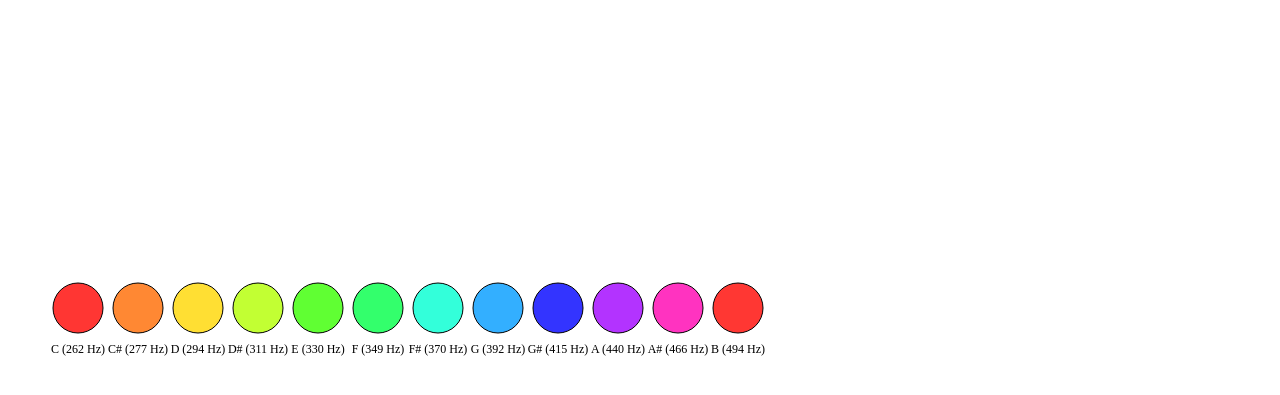
Repository: studiorichie/richielau.com
Page: assets/sound-to-color.html
These files come from the project's save history. The page is drawn as it stood at one moment and after the next save; the edit follows.
The browser window is 1280 px wide. The pictures show the whole page.

Above is the page before, as saved 2024-11-06 18:33:56.

### assets/sound-to-color.html
<!DOCTYPE html>
<html lang="en">

<head>
    <meta charset="UTF-8">
    <title>Sound-to-Color Mapping with MIDI</title>
    <script src="https://d3js.org/d3.v6.min.js"></script>
    <style>
        .key-circle {
            fill-opacity: 0.8;
            stroke: black;
            stroke-width: 1px;
            cursor: pointer;
        }

        .label {
            font-size: 12px;
            text-anchor: middle;
        }

        .midi-label {
            font-size: 14px;
            font-weight: bold;
            text-anchor: middle;
            fill: black;
            visibility: hidden;
        }
    </style>
</head>

<body>
    <svg width="800" height="600" id="chart"></svg>

    <script>
        const keys = [
            { note: "C", freq: 261.63, midi: 60 },
            { note: "C#", freq: 277.18, midi: 61 },
            { note: "D", freq: 293.66, midi: 62 },
            { note: "D#", freq: 311.13, midi: 63 },
            { note: "E", freq: 329.63, midi: 64 },
            { note: "F", freq: 349.23, midi: 65 },
            { note: "F#", freq: 369.99, midi: 66 },
            { note: "G", freq: 392.00, midi: 67 },
            { note: "G#", freq: 415.30, midi: 68 },
            { note: "A", freq: 440.00, midi: 69 },
            { note: "A#", freq: 466.16, midi: 70 },
            { note: "B", freq: 493.88, midi: 71 }
        ];


        function getColor(freq) {
            let hue = ((freq - 261) / (493 - 261)) * 360;
            return `hsl(${hue}, 100%, 50%)`;
        }
        const svg = d3.select("#chart");
        const width = svg.attr("width");
        const height = svg.attr("height");

        const circleRadius = 25; // Radius of each circle
        const padding = 10; // Space between circles

        // Calculate the total width for the row of circles (number of circles * diameter + spaces between)
        const totalRowWidth = (keys.length * (circleRadius * 2)) + ((keys.length - 1) * padding);


        const group = svg.append("g")
            .attr("transform", `translate(${(width - totalRowWidth) / 2 + circleRadius}, ${height / 2})`);


        group.selectAll("circle")
            .data(keys)
            .enter()
            .append("circle")
            .attr("class", "key-circle")
            .attr("cx", (d, i) => i * (circleRadius * 2 + padding))
            .attr("cy", 0) // Center vertically within the group
            .attr("r", circleRadius)
            .attr("fill", d => getColor(d.freq))
            .on("click", function (event, d) {
                showMidiLabel(d);
                playMidiTone(d.midi);
            });


        group.selectAll(".label")
            .data(keys)
            .enter()
            .append("text")
            .attr("class", "label")
            .attr("x", (d, i) => i * (circleRadius * 2 + padding))
            .attr("y", circleRadius + 20) // Position labels below each circle
            .text(d => `${d.note} (${Math.round(d.freq)} Hz)`)
            .attr("fill", "black");


        const midiLabel = svg.append("text")
            .attr("class", "midi-label")
            .attr("x", width / 2)
            .attr("y", height - 50);

        function showMidiLabel(data) {
            midiLabel.text(`MIDI: ${data.midi} - ${data.note}`)
                .attr("x", (keys.indexOf(data) + 1) * (width / (keys.length + 1)))
                .attr("y", height / 2 - 50)
                .attr("visibility", "visible");


            setTimeout(() => {
                midiLabel.attr("visibility", "hidden");
            }, 2000);
        }


        function playMidiTone(midi) {
            const context = new (window.AudioContext || window.webkitAudioContext)();
            const oscillator = context.createOscillator();
            const gainNode = context.createGain();
            oscillator.type = 'sine';
            oscillator.frequency.setValueAtTime(440 * Math.pow(2, (midi - 69) / 12), context.currentTime); // MIDI to Hz
            gainNode.gain.setValueAtTime(0.1, context.currentTime);
            oscillator.connect(gainNode).connect(context.destination);
            oscillator.start();
            oscillator.stop(context.currentTime + 0.5);
        }
    </script>
</body>

</html>

After the next save:
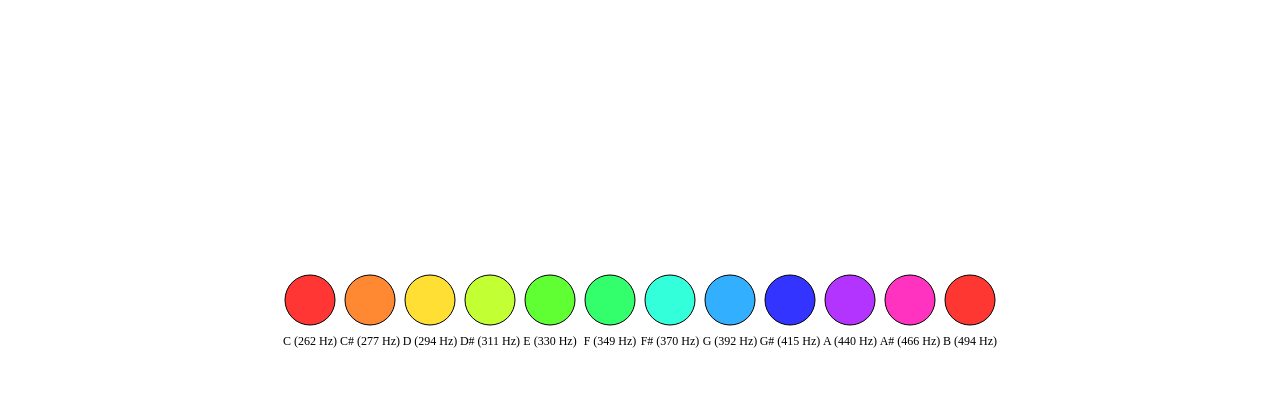
Saved 2 min 47 s later.
--- a/assets/sound-to-color.html
+++ b/assets/sound-to-color.html
@@ -6,6 +6,19 @@
     <title>Sound-to-Color Mapping with MIDI</title>
     <script src="https://d3js.org/d3.v6.min.js"></script>
     <style>
+        body,
+        html {
+            margin: 0;
+            padding: 0;
+            overflow: hidden;
+        }
+
+        svg {
+            display: block;
+            margin: 0 auto;
+            overflow: hidden;
+        }
+
         .key-circle {
             fill-opacity: 0.8;
             stroke: black;
